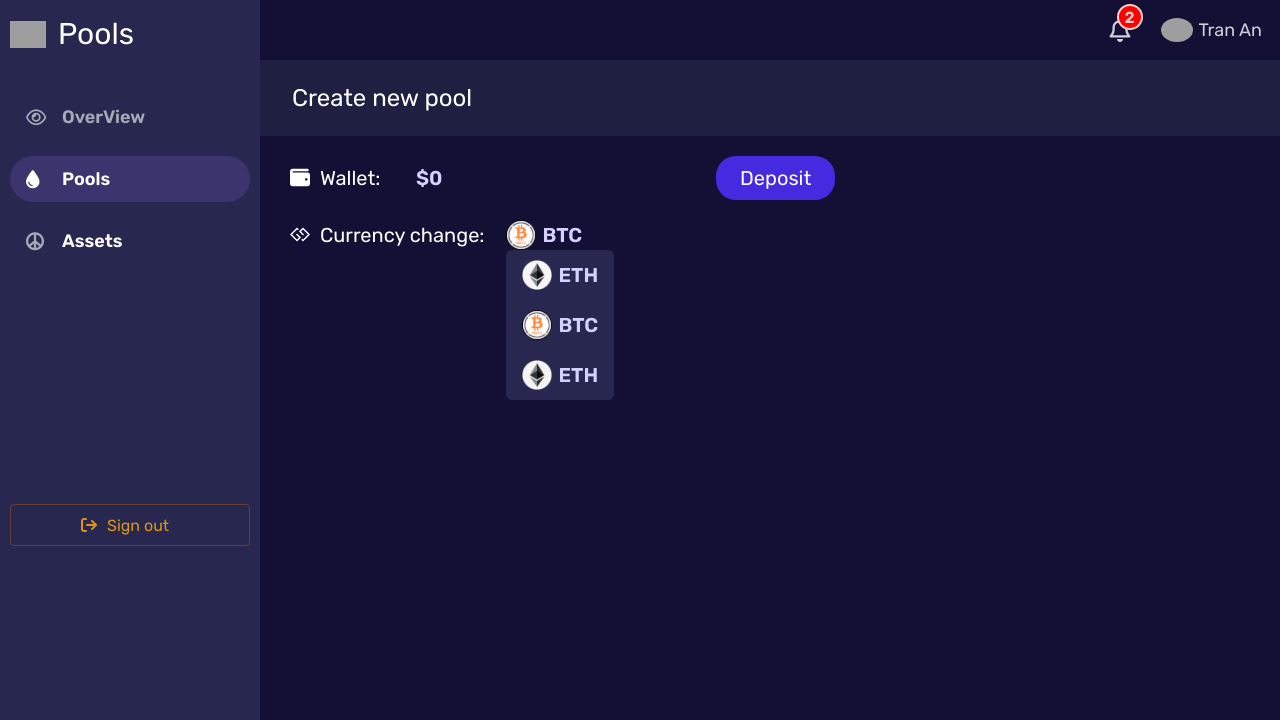
Repository: quynh232000/pools
Page: pool/create-pool.html
The author's editor kept a copy of each file at every save. The page is drawn from the files as they stood at one save, then again after the next save.
The browser window is 1280 px wide. The pictures show the whole page.
Pictures or frames that could not be fetched are drawn as grey boxes.

Above is the page before, as saved 2023-07-14 00:40:58.

After the next save:
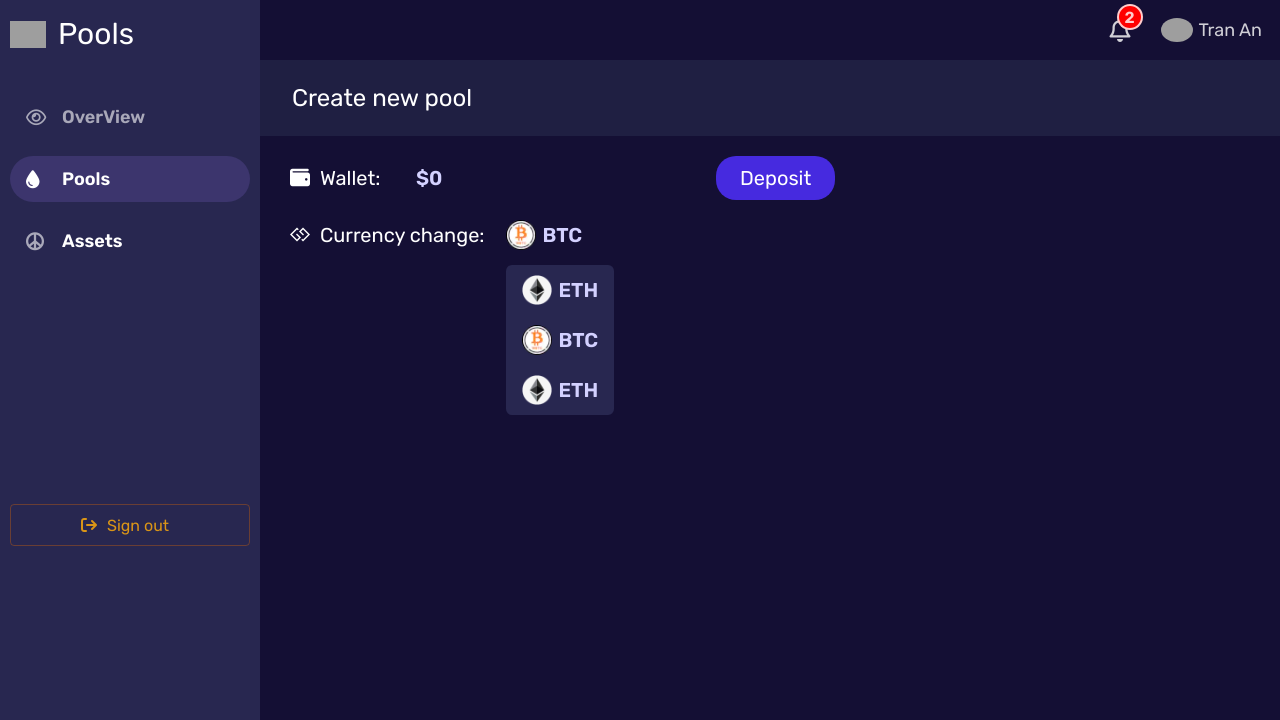
Saved 4 s later.
--- a/src/css/create-pool.css
+++ b/src/css/create-pool.css
@@ -55,7 +55,7 @@
     position: absolute;
     background-color: var(--bg-item-color);
     border-radius: 6px;
-    top: 100%;
+    top: 150%;
 
 }
 .type-money-more .type-money-item{
